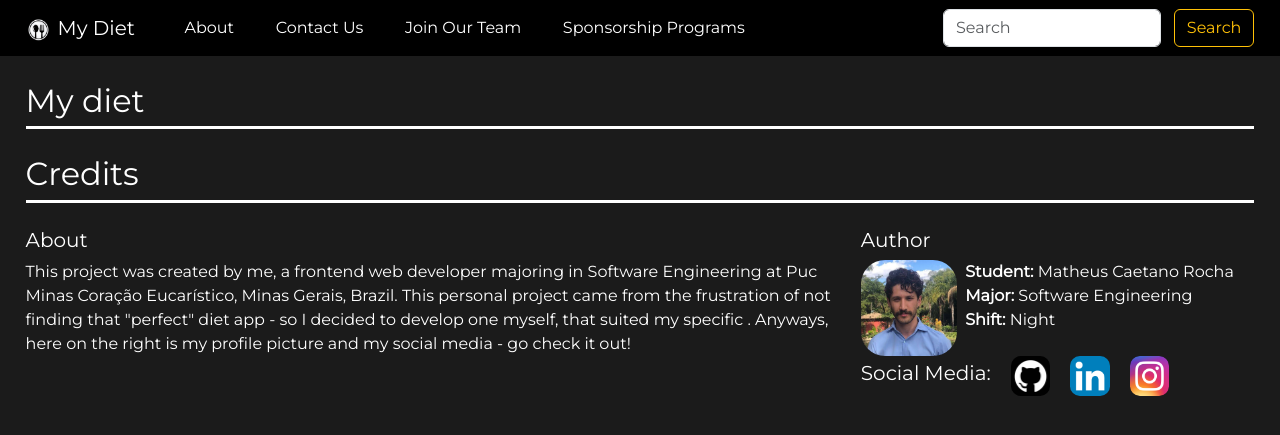
Repository: matheusrocha-mus/diet-app
Page: index.html
The author's editor kept a copy of each file at every save. The page is drawn from the files as they stood at one save, then again after a run of saves.
The browser window is 1280 px wide. The pictures show the whole page.

Above is the page before, as saved 2023-10-15 22:10:33.

After the next 4 saves:
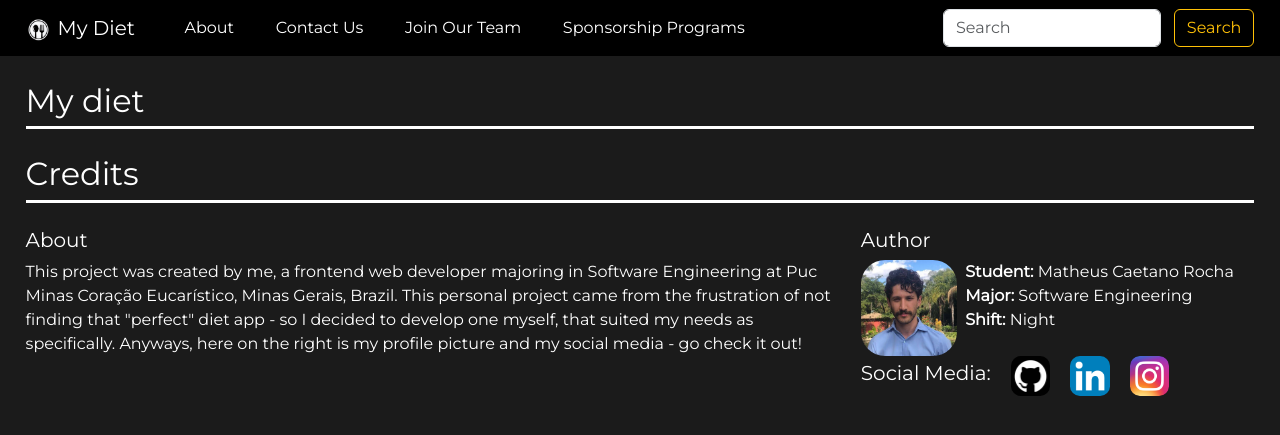
The 4 saves are shown as one change because they came seconds apart.
The last was saved 13 s later.
--- a/index.html
+++ b/index.html
@@ -55,7 +55,7 @@
                 <div class="row">
                     <div id="about" class="col-sm-12 col-md-6 col-lg-8">
                         <h5>About</h5>
-                        <p>This project was created by me, a frontend web developer majoring in Software Engineering at Puc Minas Coração Eucarístico, Minas Gerais, Brazil. This personal project came from the frustration of not finding that "perfect" diet app - so I decided to develop one myself, that suited my specific . Anyways, here on the right is my profile picture and my social media - go check it out!</p>
+                        <p>This project was created by me, a frontend web developer majoring in Software Engineering at Puc Minas Coração Eucarístico, Minas Gerais, Brazil. This personal project came from the frustration of not finding that "perfect" diet app - so I decided to develop one myself, that suited my needs as specifically. Anyways, here on the right is my profile picture and my social media - go check it out!</p>
                     </div>
                     <div class="col-sm-12 col-md-6 col-lg-4">
                         <h5>Author</h5>
